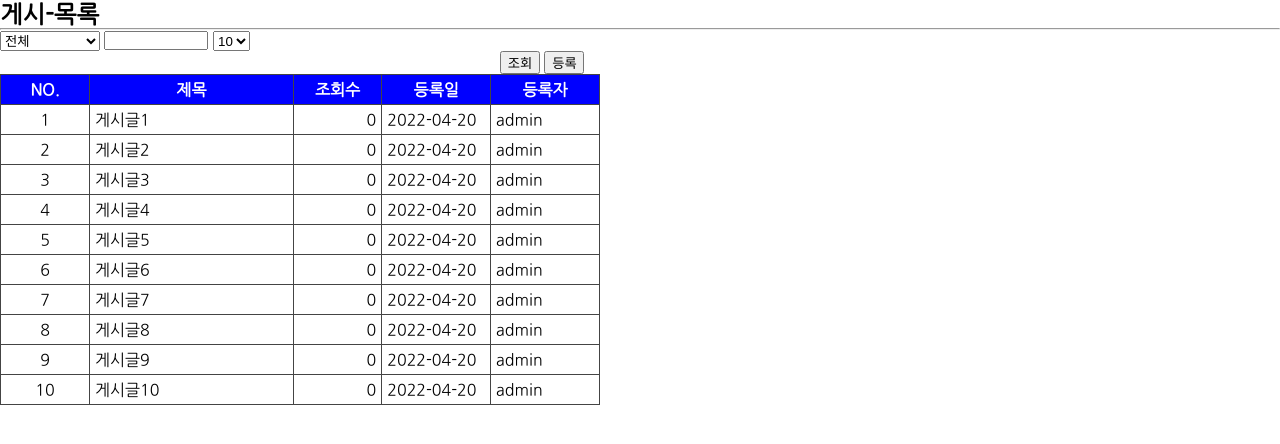
Repository: dongseon-git/WEB_JSP
Page: workspace/studyhtml5/WebContent/template/board_list_test01.html
The author's editor kept a copy of each file at every save. The page is drawn from the files as they stood at one save, then again after the next save.
The browser window is 1280 px wide. The pictures show the whole page.

Above is the page before, as saved 2022-05-18 08:18:18.

### workspace/studyhtml5/WebContent/template/board_list_test01.html
<!DOCTYPE html>
<html>
<head>
<meta name="keywords" content="html, css, javascript, jsp" />
<meta name="viewport" content="width=device-width,initial-scale=1.0">
<meta charset="UTF-8">
<link rel="stylesheet" type="text/css" href="/studyhtml5/asset/css/board_20220422.css">

<!--스타일 시트 -->
<style type="text/css">

table {
width:500;
border:1px solid #444444;
}
th,td{
border: 1px solid #444444;
}
tr>th{
text-align: center;
}
th {
     background: blue;
     color: #ffffff;
  }
div>input{
    position: relative;
    left: 500px;
}
searchDiv{
position: relative;
    left: 80px;
}
</style>

<title>Insert title here</title>
<!--자바스크립트 코드 -->
<script type="text/javascript">

</script>
</head>
<body>
   <!-- wrap -->
   <div id="wrap">
   <h2>게시-목록</h2>
   <hr/>
   <!-- 검색 -->
   <form action="">
    <label for="searchDiv"></label>
    <select name="searchDiv" id="searchDiv" style="width:100px" >
        <option value="">전체</option>
        <option value="10">제목</option>
        <option value="20">내용</option>
    </select>
    <input type="text" name="searchWord"  id="searchWord" style="width:100px">
    <select name="pageSize" id="pageSize">
        <option value="10">10</option>
        <option value="20">20</option>
        <option value="50">50</option>

    </select>
    <div>
    <input type=button style="width:40px" value="조회" id="doRetrieve"  >
    <input type=button style="width:40px" value="등록" id="moveToReg"  >
    </div>
   </form>
   <!--// 검색 ------------------------------------------------------------------>

   <!--게시 목록 -->
   <table>
     <thead>
        <tr>
            <th width="80">NO.</th>
            <th width="200">제목</th>
            <th width="80">조회수</th>
            <th width="100">등록일</th>
            <th width="100">등록자</th>
            <th width="80"style="display: none;">순번</th>
        </tr>
     </thead>
     <tbody>
        <tr>
            <td style =text-align:center >1</td>
            <td>게시글1</td>
            <td style =text-align:right>0</td>
            <td>2022-04-20</td>
            <td>admin</td>
            <td style="display: none;">1</td>
        </tr>
        <tr>
            <td style =text-align:center>2</td>
            <td>게시글2</td>
            <td style =text-align:right>0</td>
            <td>2022-04-20</td>
            <td>admin</td>
            <td style="display: none;">2</td>
        </tr>
             <tr>
            <td style =text-align:center>3</td>
            <td>게시글3</td>
            <td style =text-align:right>0</td>
            <td>2022-04-20</td>
            <td>admin</td>
            <td style="display: none;">1</td>
        </tr>
        <tr>
            <td style =text-align:center>4</td>
            <td>게시글4</td>
            <td style =text-align:right>0</td>
            <td>2022-04-20</td>
            <td>admin</td>
            <td style="display: none;">2</td>
        </tr>
        <tr>
            <td style =text-align:center>5</td>
            <td>게시글5</td>
            <td style =text-align:right>0</td>
            <td>2022-04-20</td>
            <td>admin</td>
            <td style="display: none;">2</td>
        </tr>
        <tr>
            <td style =text-align:center>6</td>
            <td>게시글6</td>
            <td style =text-align:right>0</td>
            <td>2022-04-20</td>
            <td>admin</td>
            <td style="display: none;">2</td>
        </tr>
        <tr>
            <td style =text-align:center>7</td>
            <td>게시글7</td>
            <td style =text-align:right>0</td>
            <td>2022-04-20</td>
            <td>admin</td>
            <td style="display: none;">2</td>
        </tr>
        <tr>
            <td style =text-align:center>8</td>
            <td>게시글8</td>
            <td style =text-align:right>0</td>
            <td>2022-04-20</td>
            <td>admin</td>
            <td style="display: none;">2</td>
        </tr>
        <tr>
            <td style =text-align:center>9</td>
            <td>게시글9</td>
            <td style =text-align:right>0</td>
            <td>2022-04-20</td>
            <td>admin</td>
            <td style="display: none;">2</td>
        </tr>
        <tr>
            <td style =text-align:center>10</td>
            <td>게시글10</td>
            <td style =text-align:right>0</td>
            <td>2022-04-20</td>
            <td>admin</td>
            <td style="display: none;">2</td>
        </tr>
     </tbody>
   </table>
   <!--// 게시 목록--------------------------------------------------------------->

   <!-- paging -->

   <!--// paging ---------------------------------------------------------------->

   </div>
   <!--// wrap ---------------------------------------------------------------->
</body>
</html>

### workspace/studyhtml5/WebContent/asset/css/board_20220422.css
@charset "UTF-8";
* {
margin: 0;
padding: 0;
}
  /* web 폰트 */
  @font-face {
     font-family: 'NG';
     src: url('/studyhtml5/font/NanumGothic.woff') format('woff');
  }

  @font-face {
     font-family: 'NGB';
     src: url('/studyhtml5/font/NanumGothicBold.woff') format('woff');
  }


  @font-face {
     font-family: 'NGEB';
     src: url('/studyhtml5/font/NanumGothicExtraBold.woff') format('woff');
  }

  html {
    font-family: NG;
  }
  table {
width: 600px;
border-collapse: collapse;
}
td, th {
border-bottom: 1px solid lightgrey;
padding: 5px;
}
th{
background: gray;
color: #fff;
}
input[type="text"]
input[type="password"]{
  height: auto;
  vertical-align: middle;
}
select{
  height: 20px;
  vertical-align: middle;
}

After the next save:
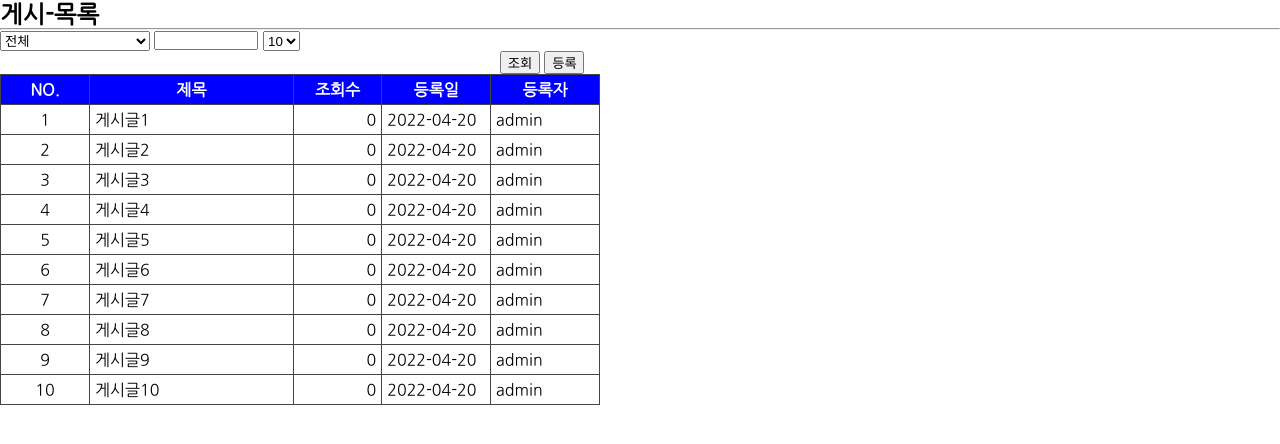
Saved 34 s later.
--- a/workspace/studyhtml5/WebContent/template/board_list_test01.html
+++ b/workspace/studyhtml5/WebContent/template/board_list_test01.html
@@ -47,7 +47,7 @@ position: relative;
    <!-- 검색 -->
    <form action="">
     <label for="searchDiv"></label>
-    <select name="searchDiv" id="searchDiv" style="width:100px" >
+    <select name="searchDiv" id="searchDiv" style="width:150px" text-align:center >
         <option value="">전체</option>
         <option value="10">제목</option>
         <option value="20">내용</option>
